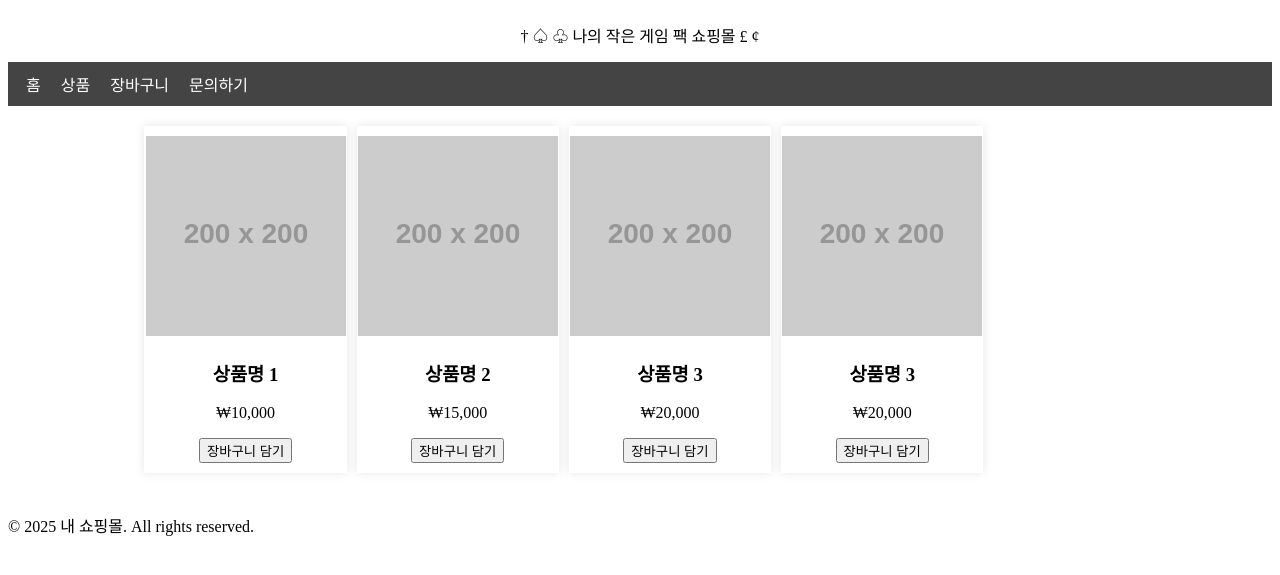
Repository: SeungYeon04/A_AssetsJSP
Page: http://localhost/JSP_Start01/
The author's editor kept a copy of each file at every save. The page is drawn from the files as they stood at one save, then again after the next save.
The browser window is 1280 px wide. The pictures show the whole page.
Some web fonts or font styles are not loaded; a fallback is used. The page is served by Tomcat 9.

Above is the page before, as saved 2025-03-11 05:57:58.

### JSP_Start01/src/main/webapp/index.jsp
<%@ page language="java" contentType="text/html; charset=UTF-8"
    pageEncoding="UTF-8"%>
<!DOCTYPE html>
<html>
<head>
<meta charset="UTF-8">
<title>Insert title here</title>
</head>
<body>
	<header>† ♤ ♧  나의 작은 게임 팩 쇼핑몰 £ ¢</header>

    <nav>
        <a href="#">홈</a>
        <a href="#">상품</a>
        <a href="#">장바구니</a>
        <a href="#">문의하기</a>
    </nav>

    <div class="container">
        <div class="product">
            <img src="https://via.placeholder.com/200" alt="상품1">
            <h3>상품명 1</h3>
            <p>₩10,000</p>
            <button>장바구니 담기</button>
        </div>

        <div class="product">
            <img src="https://via.placeholder.com/200" alt="상품2">
            <h3>상품명 2</h3>
            <p>₩15,000</p>
            <button>장바구니 담기</button>
        </div>

        <div class="product">
            <img src="https://via.placeholder.com/200" alt="상품3">
            <h3>상품명 3</h3>
            <p>₩20,000</p>
            <button>장바구니 담기</button>
        </div>
        <div class="product">
            <img src="https://via.placeholder.com/200" alt="상품3">
            <h3>상품명 3</h3>
            <p>₩20,000</p>
            <button>장바구니 담기</button>
        </div>
    </div>

    <footer>© 2025 내 쇼핑몰. All rights reserved.</footer>
    <style>

    	body {
    		font-family: 'Ownglyph_ParkDaHyun';
    	}

    	header {
    		text-align: center;
    		padding: 15px 0;
    	}



	    @font-face {
		    font-family: 'Ownglyph_ParkDaHyun';
		    src: url('https://fastly.jsdelivr.net/gh/projectnoonnu/2411-3@1.0/Ownglyph_ParkDaHyun.woff2') format('woff2');
		    font-weight: normal;
		    font-style: normal;
		}

		nav {
			background-color: #444;
			padding: 10px;
			text-align: ceter;

			a {
				color: white;
            	text-decoration: none;
            	margin: 0 8px;
            	/*font-size: 18px;*/
			 }

			a:hover {
            	text-decoration: underline;
        	}
		}

		/* 메인콘텐츠 */
		.container {
			width: 80%;
			margin: 20px auto;
			display: flex;
			flex-wrap: wrap;
			jusify-content:	space-between;
		}

		.product {
			width: 20%; /* 너비 추가 */
			background: white;
			padding-top: 10px;
			padding-bottom: 10px;
			box-shadow: 0 0 10px rgba(0, 0, 0, 0.1);
			margin-bottom: 20px;
			text-align: center;
			margin-left: 10px;
		}

    </style>
</body>
</html>

After the next save:
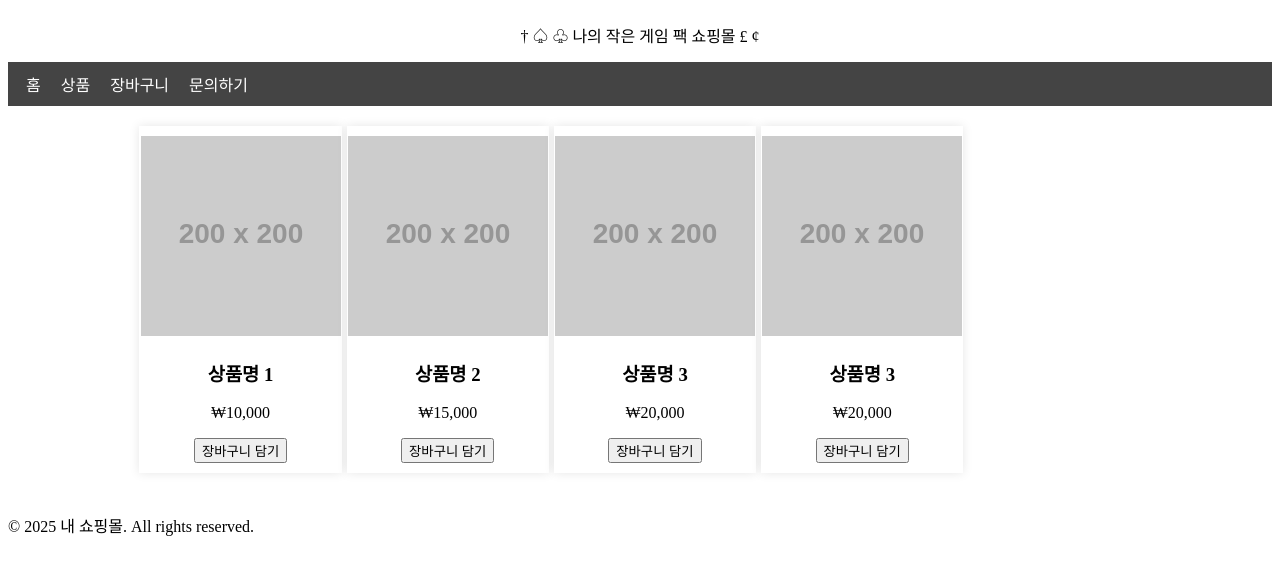
Saved 34 s later.
--- a/JSP_Start01/src/main/webapp/index.jsp
+++ b/JSP_Start01/src/main/webapp/index.jsp
@@ -100,7 +100,7 @@
 			box-shadow: 0 0 10px rgba(0, 0, 0, 0.1);
 			margin-bottom: 20px;
 			text-align: center;
-			margin-left: 10px;
+			margin-left: 5px;
 		}
 
     </style>
